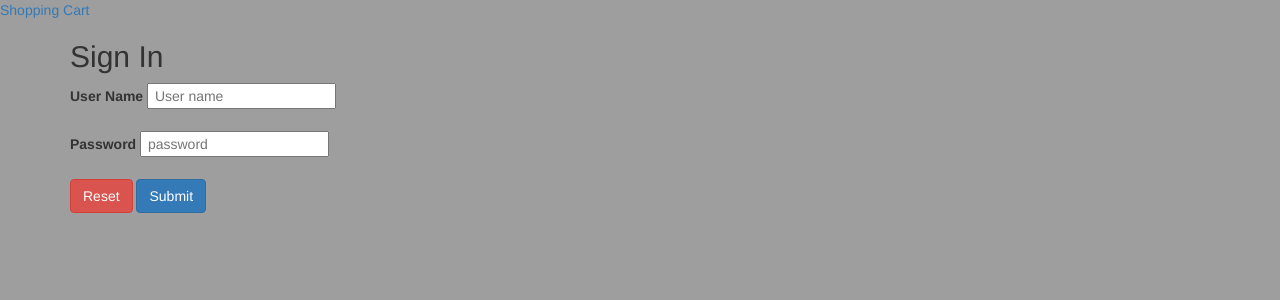
Repository: AravindMarshall/ShoppingCart
Page: http://localhost/Phineas/Login.jsp
These files come from the project's save history. The page is drawn as it stood at one moment and after the next save; the edit follows.
The browser window is 1280 px wide. The pictures show the whole page.
The page is served by Tomcat 9. Other server files are loaded and not shown.

Above is the page before, as saved 2016-06-09 20:42:25.

### NIIT Shopping Cart/Phineas/WebContent/Login.jsp
<%@ page language="java" contentType="text/html; charset=ISO-8859-1"
    pageEncoding="ISO-8859-1"%>
<html>
<head>
<meta http-equiv="Content-Type" content="text/html; charset=ISO-8859-1">
<meta name="viewport" content="width=device-width, initial-scale=1">
  <link rel="stylesheet" href="http://maxcdn.bootstrapcdn.com/bootstrap/3.3.6/css/bootstrap.min.css">
  <script src="https://ajax.googleapis.com/ajax/libs/jquery/1.12.2/jquery.min.js"></script>
  <script src="http://maxcdn.bootstrapcdn.com/bootstrap/3.3.6/js/bootstrap.min.js"></script>

<title>ShoppingCart Login</title>
</head>
<body>
 <a href="home.jsp">Shopping Cart</a>

<form role="form">
<div class="container">
  <body background="F:\Sample Car pictures\Background Car.jpg">
      </div>
    </div>

<div class= "Login">
<div class="container">
<div class= "Login">
  <h2>Sign In </h2>
  <label for "Name">User Name </label>
<input type = "text" class="userId" Id = "Name" placeholder=" User name "><br><br>
<label for "Pass">Password</label>
<input type = "password" class="password" Id = "pass" placeholder=" password "><br><br>
</div>
<button type="Reset" class="btn btn-danger">Reset</button>
<button type="submit" class="btn btn-primary">Submit</button>

</div>
</div>
</div>
</form>

</body>
</html>

After the next save:
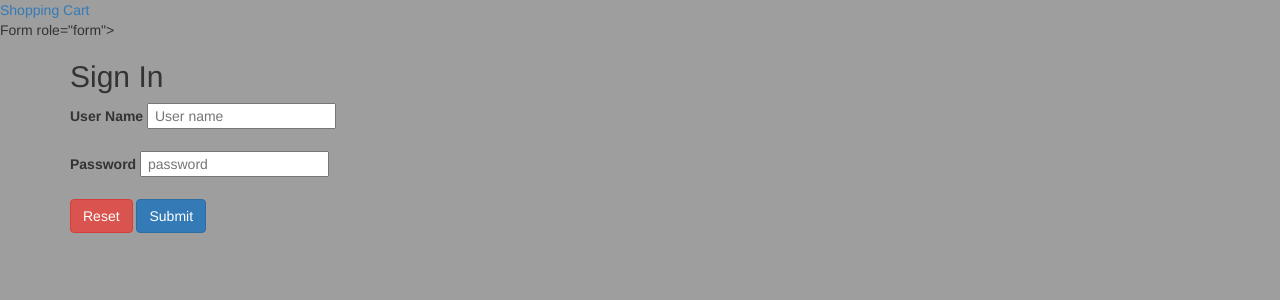
Saved 10 h 0 min later.
--- a/NIIT Shopping Cart/Phineas/WebContent/Login.jsp
+++ b/NIIT Shopping Cart/Phineas/WebContent/Login.jsp
@@ -13,9 +13,10 @@
 <body>
  <a href="home.jsp">Shopping Cart</a>
 
-<form role="form">
+<form action="home.html" method ="post">
+Form role="form">
 <div class="container">
-  <body background="F:\Sample Car pictures\Background Car.jpg">
+  <body background="F:\Sample Car pictures\Car1.jpg">
       </div>
     </div>
 
